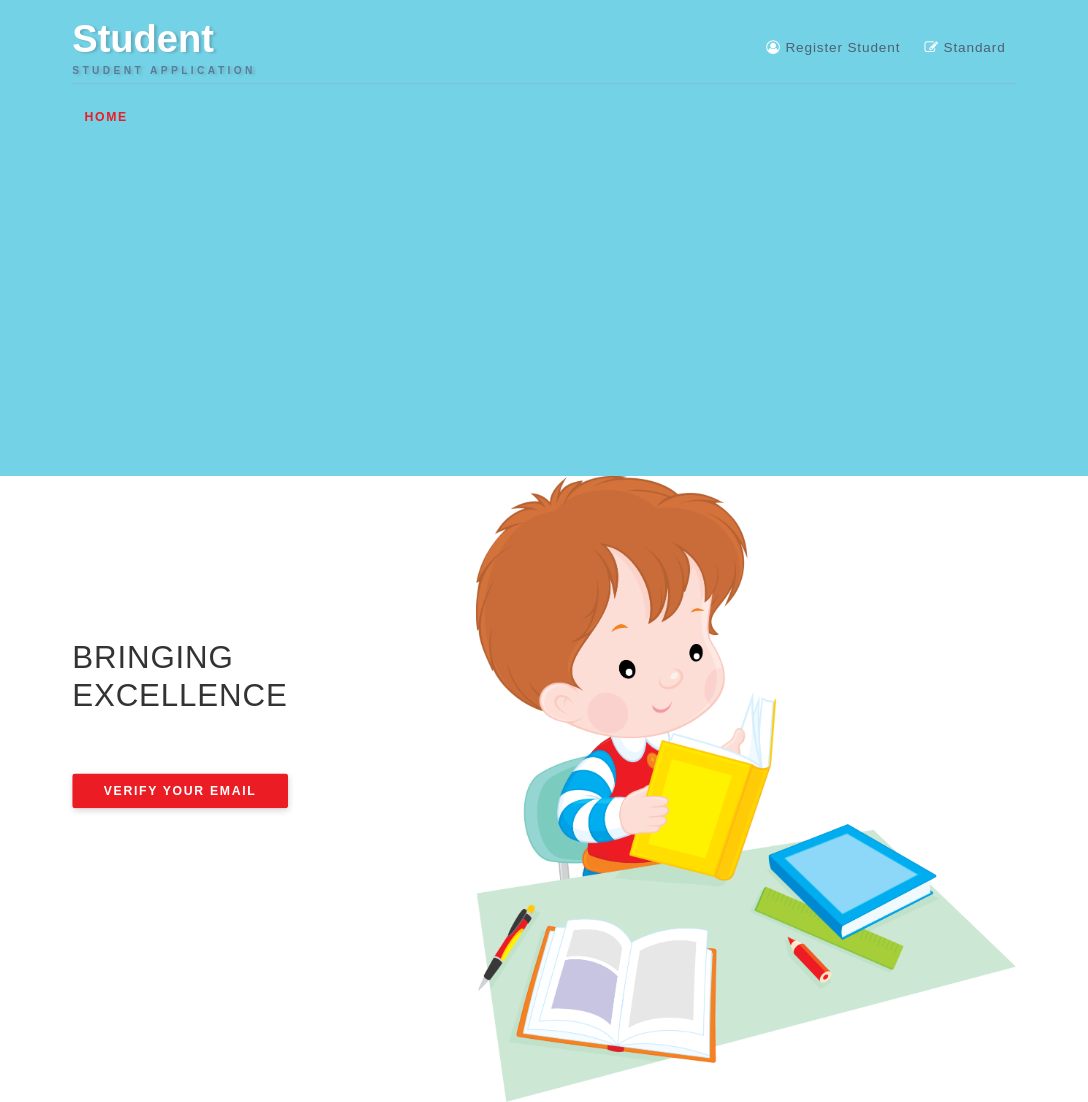
Repository: PallaviMadiya/Java-Framework-
Page: http://localhost/StudentApplication/
The author's editor kept a copy of each file at every save. The page is drawn from the files as they stood at one save, then again after the next save.
The browser window is 1280 px wide. The pictures show the whole page, at 85% of full size.
Some web fonts or font styles are not loaded; a fallback is used. The page is served by Tomcat 9. Queries for data that is not in the repository find no rows.

Above is the page before, as saved 2023-10-17 18:20:10.

After the next save:
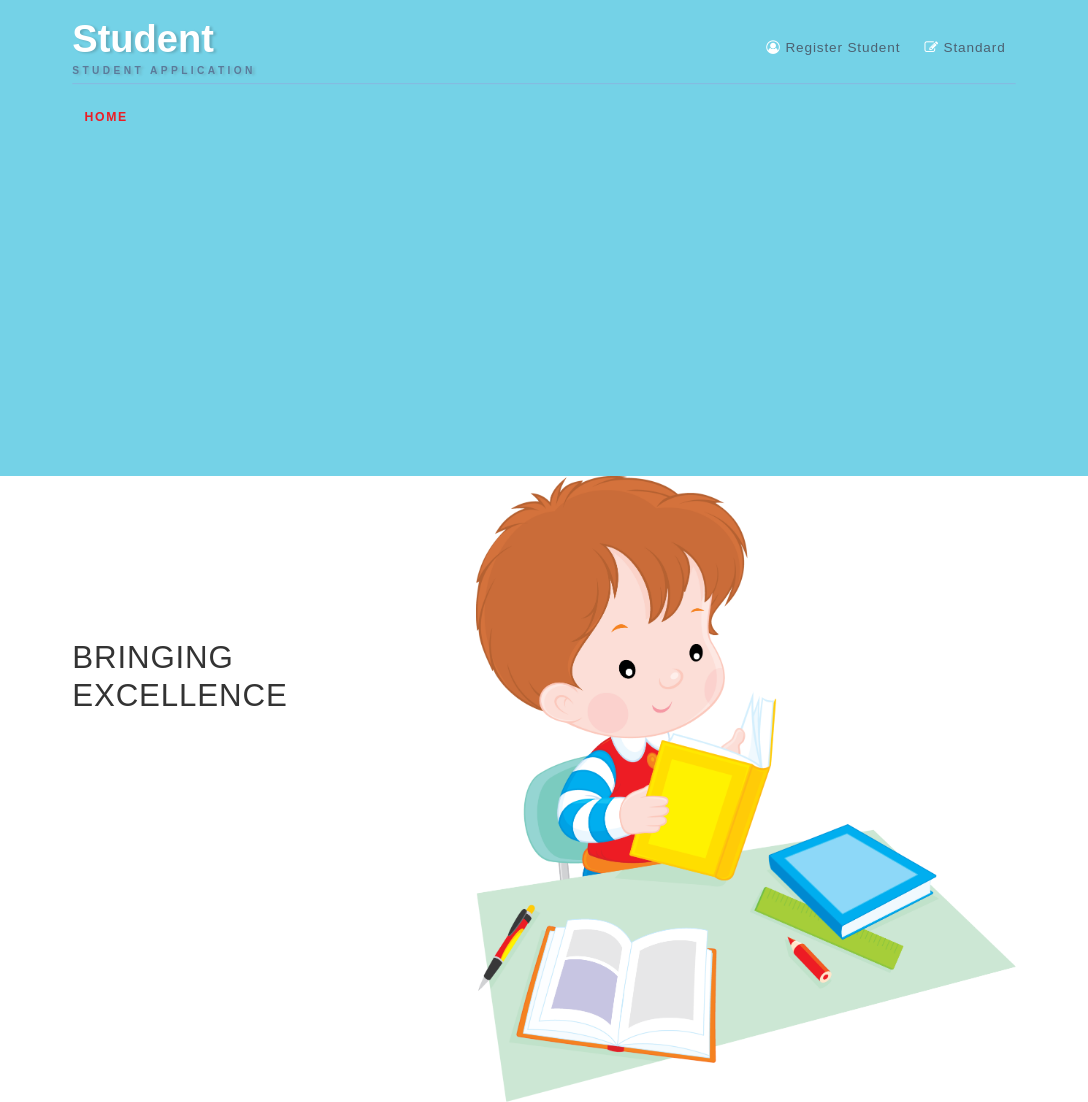
Saved 61 s later.
--- a/StudentApplication/src/main/webapp/index.jsp
+++ b/StudentApplication/src/main/webapp/index.jsp
@@ -17,7 +17,6 @@
             <div class="row">
                 <div class="col-lg-5 banner-left-info">
                     <h3>Bringing Excellence <span>To Students</span></h3>
-                    <a href="verify-email.jsp" class="btn shop">Verify Your Email</a>
                 </div>
 
                 <div class="col-lg-7 banner-img">
@@ -27,13 +26,5 @@
         </div>
     </div>
 
-    <%List<Standard> list = StudentDao.getStandardList(); %>
-        <%for(Standard s: list){ %>
-		          <tr data-expanded="true">
-		         	 <td><%=s.getName() %></td>
-		          </tr>
-		          <%} %>
-
-
 </body>
 </html>
